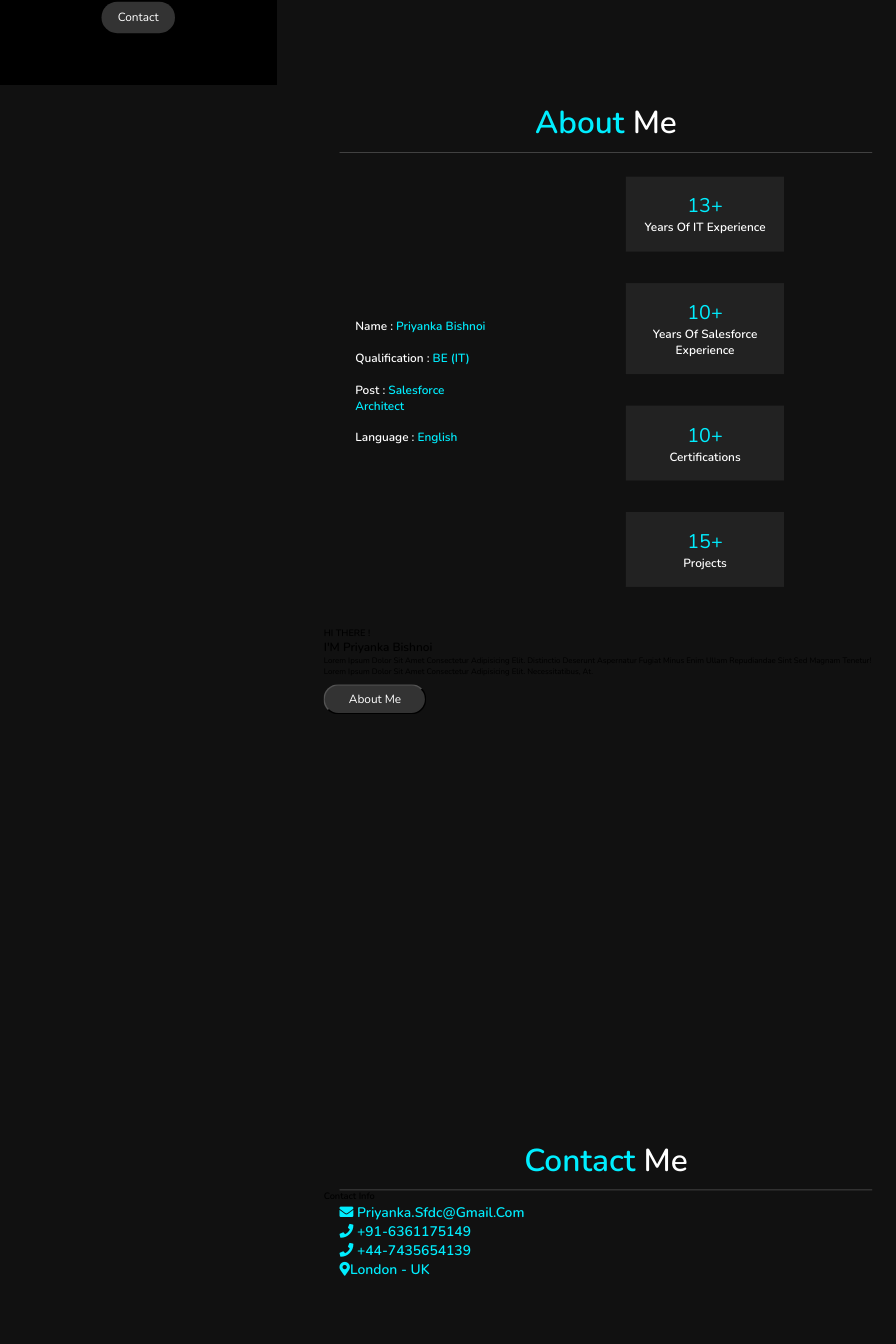
Repository: priyanka-bishnoi/PortfolioPage
Page: MyPage.html
These files come from the project's save history. The page is drawn as it stood at one moment and after the next save; the edit follows.
The browser window is 1280 px wide. The pictures show the part of the page from y = 598 to 2518 px (the page is 2922 px tall), at 70% of full size.

Above is the page before, as saved 2022-10-09 14:23:05.

### MyPage.html
<!DOCTYPE html>
<html>
<head>
     <!-- font awesome cdn link  -->
     <link rel="stylesheet" href="https://cdnjs.cloudflare.com/ajax/libs/font-awesome/5.15.2/css/all.min.css">
    <link rel="stylesheet" href="css/style.css">

</head>
<body>
<header>
    <div class= "user">
        <img src="Background1.jpg"/>
        <h1 class="name" >Priyanka Bishnoi</h1>
        <p class="post" >Salesforce Consultant</p>
    </div>

    <nav class="navBar">
        <ul>
            <li> <a href="#home">Home</a></li>
            <li> <a href="#about">About</a></li>
            <li> <a href="#experience">Experience</a></li>
            <li> <a href="#portfolio">Portfolio</a></li>
            <li> <a href="#contact">Contact</a></li>

        </ul>


    </nav>


</header>

<!-- Home-->

<section class="home" id="home">

    <h3>HI THERE !</h3>
    <h1>I'M <span>Priyanka Bishnoi</span></h1>
    <p>Lorem ipsum dolor sit amet consectetur adipisicing elit. Distinctio deserunt aspernatur fugiat minus enim ullam repudiandae sint sed magnam tenetur! Lorem ipsum dolor sit amet consectetur adipisicing elit. Necessitatibus, at.
    </p>
    <a href="#about"><button class="btn">about me </button></a>


</section>

<section class="about" id="about">
<h1 class="heading"> <span>About </span>Me</h1>

<div class="row">
    <div class="info">
        <h3>  name : <span> priyanka bishnoi </span></h3>
        <h3> qualification :  <span> BE (IT) </span> </h3>
        <h3>  post : <span>Salesforce Architect </span>  </h3>
        <h3> language :<span> English  </span>  </h3>
    </div>

    <div class="counter">
        <div class="box">
            <span>13+</span>
            <h3>years of IT experience</h3>
        </div>

        <div class="box">
            <span>10+</span>
            <h3>years of Salesforce Experience</h3>
        </div>

        <div class="box">
            <span>10+</span>
            <h3>Certifications</h3>
        </div>

        <div class="box">
            <span>15+</span>
            <h3>Projects</h3>
        </div>
    </div>
</div>
</section>

<section class="experience" id="experience">

    <h3>HI THERE !</h3>
    <h1>I'M <span>Priyanka Bishnoi</span></h1>
    <p>Lorem ipsum dolor sit amet consectetur adipisicing elit. Distinctio deserunt aspernatur fugiat minus enim ullam repudiandae sint sed magnam tenetur! Lorem ipsum dolor sit amet consectetur adipisicing elit. Necessitatibus, at.
    </p>
    <a href="#about"><button class="btn">about me </button></a>


</section>


<section class="contact" id="contact">
    <h1 class="heading"> <span>Contact </span>Me</h1>

    <div class="row">
        <div class="content">

            <h3 class="title">contact info</h3>

            <div class="info">
                <h3> <i class="fas fa-envelope"></i> priyanka.sfdc@gmail.com </h3>
                <h3> <i class="fas fa-phone"></i> +91-6361175149</h3>
                <h3> <i class="fas fa-phone"></i> +44-7435654139 </h3>
                <h3> <i class="fas fa-map-marker-alt"></i>London - UK </h3>
            </div>

        </div>
    </div>
</section>


</body>
</html>

### css/style.css
@import url('https://fonts.googleapis.com/css2?family=Nunito:wght@200;300;400;600&display=swap');
:root{
    --orange:rgb(0, 238, 255);
}
*{
    font-family: 'Nunito', sans-serif;
    margin:0;
    padding:0;
    box-sizing:border-box;
    text-decoration:none;
    text-transform:capitalize;
    transition:all .2s linear;
}
html {
    font-size:70.5%;
    overflow-x:hidden;
}
body{
    background:#111;
    overflow-x: hidden;
    padding-left: 40rem;
}

section{
    min-height: 100vh;
    padding:1rem;
}

.btn{
    padding:.7rem 3rem;
    background:#333;
    color:#fff;
    cursor: pointer;
    margin-top: 1rem;
    font-size: 1.5rem;
    border-radius: 5rem;
}

.btn:hover{
    background:var(--orange);
}

.heading{
    text-align: center;
    margin:0 2rem;
    font-size: 4rem;
    padding:1rem;
    border-bottom: .1rem solid #fff4;
    color:#fff;
}

.heading span{
    color:var(--orange);
}

header {
    position:fixed;
    top:0; left:0;
    z-index:1000;
    height:100%;
    width:35rem;
    background:black;
    display:flex;
    align-items: center;
    justify-content: center;
    flex-flow: column;
    text-align: center;
}

header .user img {
    height: 17rem;
    width: 17rem;
    border-radius: 50%;
    object-fit: cover;
    margin-bottom: 1rem;
    border: 0.7rem solid var(--orange);
}
header .user .name {
    font-size: 2.5rem;
    color: antiquewhite;
}
header .user .post{
    font-size: 2rem;
    color: antiquewhite;
}

header .navBar {
    font-size : 2rem;
}
header .navBar ul{
    list-style: none;
    padding:1rem 2rem;
}
header .navBar ul li a{
    display: block;
    padding:1rem;
    margin:1.5rem 0;
    background:#333;
    color:#fff;
    font-size: 1.5rem;
    border-radius: 5rem;
}

header .navBar ul li a:hover{
    background:rgb(0, 238, 255);
}


.home{
    display: flex;
    justify-content: center;
    flex-flow: column;
    padding:0 15rem;
}

.home h3{
    font-size: 2rem;
    color:#fff;
}

.home h1{
    font-size:2rem;
    color:#fff;
}

.home h1 span{
    color:var(--orange);
}

.home p{
    font-size:1.8rem;
    color:#eee;
    padding: 1rem 0;
}

.about {
 color:white;
}
.about .row {
    display: flex;
    justify-content: flex-start;
    flex-wrap: nowrap;
    padding: 1rem 0;
    flex-direction: row;
    align-content: space-around;
    align-items: center;
}
.about .row .info {

    display: block;
    justify-content: center;
    padding-left: 1rem;
    padding-top: 0rem;
    padding-right: 1rem;
    margin: 0 1rem;
    font-size: 1.5rem;

}
.about h3 span{
    color:var(--orange);
}
.about .row .info h3 {

    display: block;
    justify-content: center;
    padding: 1rem;
    margin: 0 1rem;
    font-size: 1.5rem;

}

.about .row .counter{
    flex:1 1 48rem;
    display: flex;
    justify-content: center;
    flex-wrap: wrap;
}

.about .row .counter .box{
    width:20rem;
    background:#222;
    text-align: center;
    padding: 2rem;
    margin:2rem;
}

.about .row .counter .box span{
    font-size: 2.5rem;
    color:var(--orange);
}

.about .row .counter .box h3{
    font-size: 1.5rem;
    color:#fff;
}

.about {
    color:white;
   }
.about .row {
       display: flex;
       justify-content: flex-start;
       flex-wrap: nowrap;
       padding: 1rem 0;
       flex-direction: row;
       align-content: space-around;
       align-items: center;
}

.contact .row .content .info {

    display: block;
    justify-content: center;
    padding-left: 1rem;
    padding-top: 0rem;
    padding-right: 1rem;
    margin: 0 1rem;
    font-size: 1.5rem;
    color:var(--orange);

}
.contact h3 span{
    color:var(--orange);
}

After the next save:
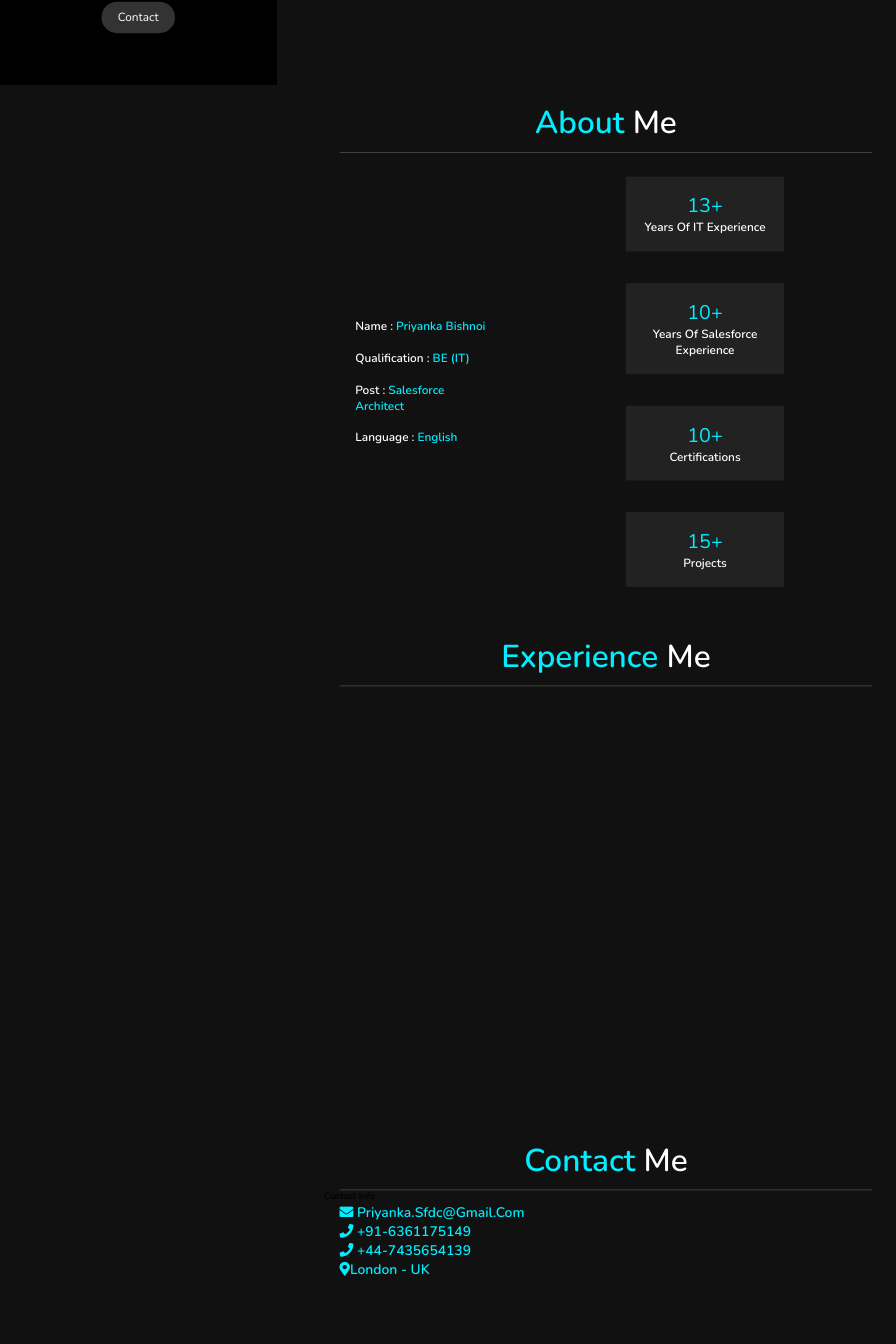
Saved 46 s later.
--- a/MyPage.html
+++ b/MyPage.html
@@ -80,12 +80,12 @@
 
 <section class="experience" id="experience">
 
-    <h3>HI THERE !</h3>
-    <h1>I'M <span>Priyanka Bishnoi</span></h1>
-    <p>Lorem ipsum dolor sit amet consectetur adipisicing elit. Distinctio deserunt aspernatur fugiat minus enim ullam repudiandae sint sed magnam tenetur! Lorem ipsum dolor sit amet consectetur adipisicing elit. Necessitatibus, at.
-    </p>
-    <a href="#about"><button class="btn">about me </button></a>
+        <h1 class="heading"> <span>Experience </span>Me</h1>
 
+        <div class="row">
+            <div class="exp">
+            </div>
+        </div>
 
 </section>
 
